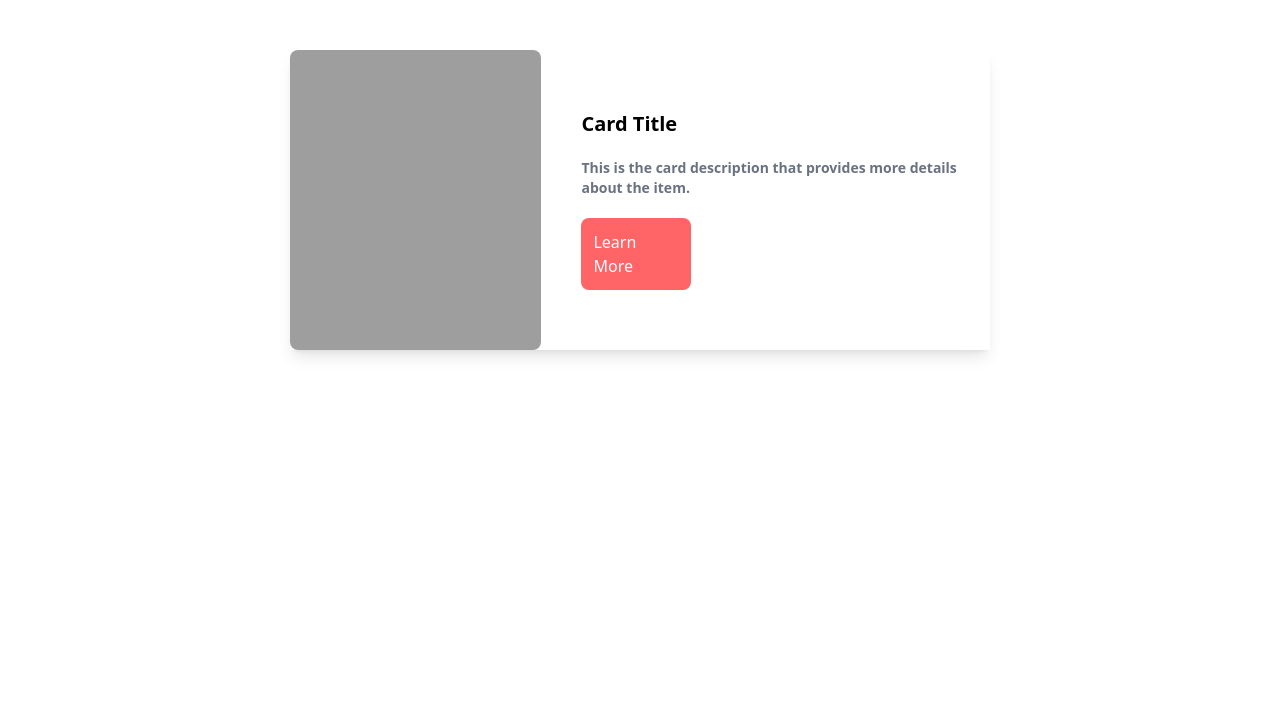
Repository: Abdulahi338/TailwindCss-exercise
Page: Exercise1/inedx.html
An editor plug-in stored every save of this project. The page is shown before and after the next save, followed by the edit.
The browser window is 1280 px wide. The pictures show the whole page.
Pictures or frames that could not be fetched are drawn as grey boxes.

Above is the page before, as saved 2025-07-27 10:36:39.

After the next save:
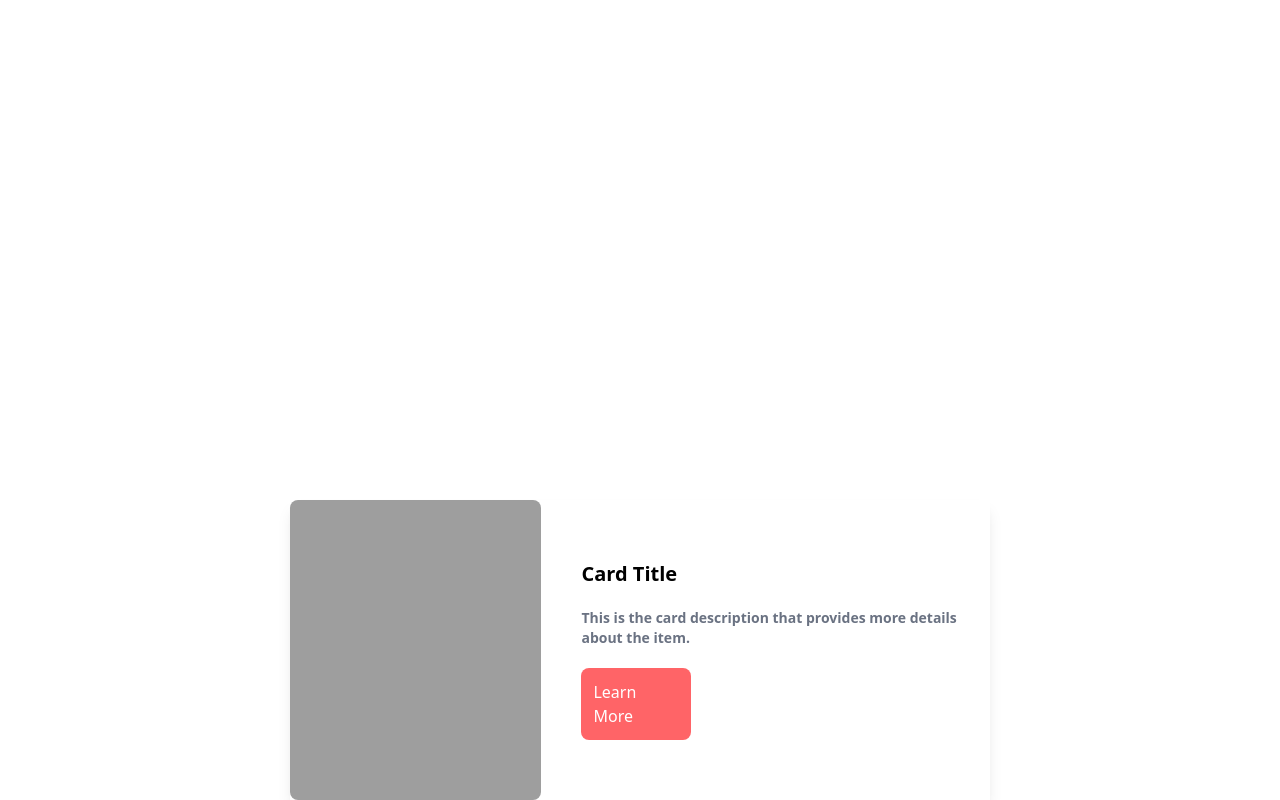
Saved 16 s later.
--- a/Exercise1/inedx.html
+++ b/Exercise1/inedx.html
@@ -7,7 +7,7 @@
     <title>Exercise 1</title>
   </head>
   <body>
-    <div class="mx-auto w-[700px] h-[300px] mt-[50px] gap-10  flex items-center bg-white shadow-lg">
+    <div class="mx-auto w-[700px] h-[300px] mt-[500px] gap-10  flex items-center bg-white shadow-lg">
         <!-- image -->
          <div >
             <img src="https://cdn.pixabay.com/photo/2014/11/22/00/51/camera-541213_1280.jpg" class="w-[300px] h-[300px] rounded-lg" alt="card">
